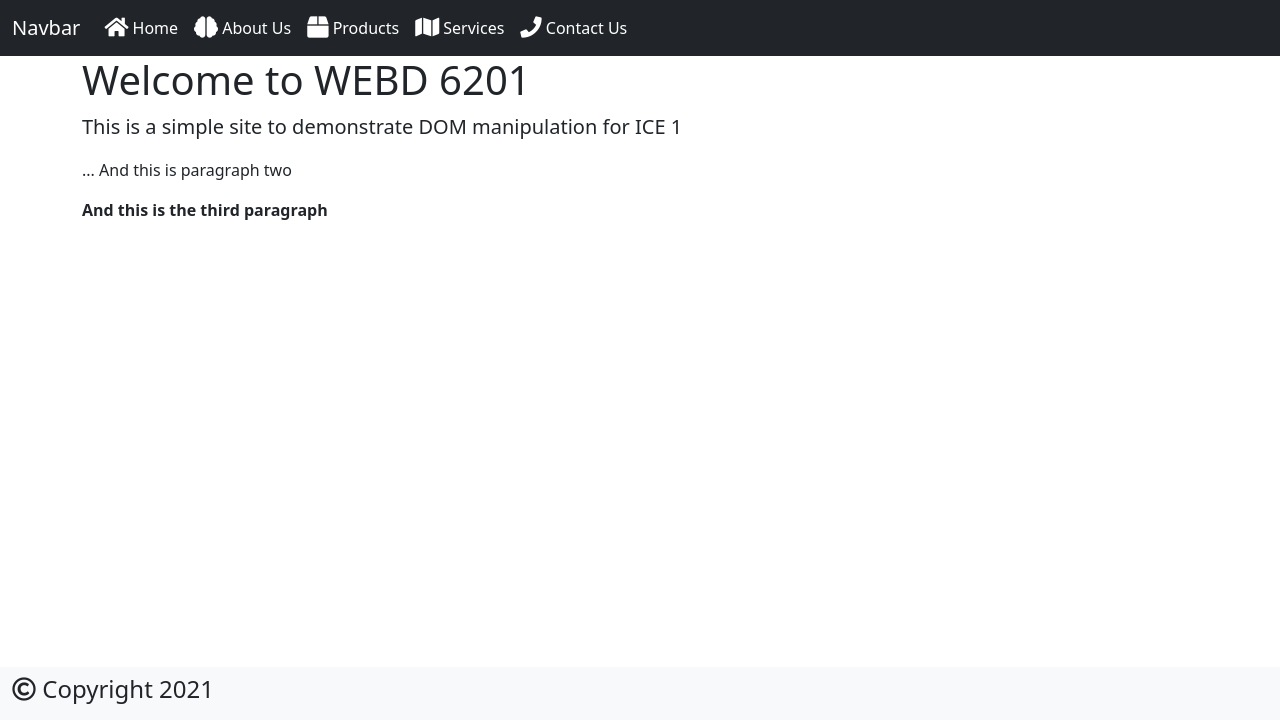
Repository: AshokSasi/WEBD6201-Week3
Page: index.html
These files come from the project's save history. The page is drawn as it stood at one moment and after the next save; the edit follows.
The browser window is 1280 px wide. The pictures show the whole page.

Above is the page before, as saved 2021-01-21 09:28:20.

### index.html
<!DOCTYPE html>
<html lang="en">
<head>
    <meta charset="UTF-8">
    <meta name="viewport" content="width=device-width, initial-scale=1.0">
    <title>WEBD6201 - W2021 - ICE 1</title>
    <!-- CSS Section-->
    <link rel="stylesheet" href="./Content/app.css">
    <link rel="stylesheet" href="./node_modules/bootstrap/dist/css/bootstrap.min.css">
    <link rel="stylesheet" href="./node_modules/@fortawesome/fontawesome-free/css/all.min.css">
</head>
<body>
    <header>
        <nav class="navbar navbar-expand-lg navbar-dark bg-dark">
            <div class="container-fluid">
              <a class="navbar-brand" href="#">Navbar</a>
              <button class="navbar-toggler" type="button" data-bs-toggle="collapse" data-bs-target="#navbarSupportedContent" aria-controls="navbarSupportedContent" aria-expanded="false" aria-label="Toggle navigation">
                <span class="navbar-toggler-icon"></span>
              </button>
              <div class="collapse navbar-collapse" id="navbarSupportedContent">
                <ul class="navbar-nav me-auto mb-2 mb-lg-0">
                  <li class="nav-item">
                    <a class="nav-link active" aria-current="page" href="#"><i class="fas fa-home fa-lg"></i> Home</a>
                  </li>
                  <li class="nav-item">
                    <a class="nav-link active" aria-current="page" href="#"><i class="fas fa-brain fa-lg"></i> About Us</a>
                  </li>
                  <li class="nav-item">
                    <a class="nav-link active" aria-current="page" href="#"><i class="fas fa-box fa-lg"></i> Products</a>
                  </li>
                  <li class="nav-item">
                    <a class="nav-link active" aria-current="page" href="#"><i class="fas fa-map fa-lg"></i> Services</a>
                  </li>
                  <li class="nav-item">
                    <a class="nav-link active" aria-current="page" href="#"><i class="fas fa-phone fa-lg"></i> Contact Us</a>
                  </li>
                </ul>

              </div>
            </div>
          </nav>
    </header>

    <main class="container">
        <h1>Welcome to WEBD 6201</h1>

        <p id="paragraphOne"></p>
    </main>

    <!--Footer Nav -->
    <footer>
        <nav class="navbar fixed-bottom navbar-light bg-light">
            <div class="container-fluid">
              <h4><i class="far fa-copyright"></i> Copyright 2021</h4>
            </div>
          </nav>
    </footer>

    <!--Javascript section-->
    <script src="./Scripts/app.js"></script>
    <script src="./node_modules/jquery/dist/jquery.min.js"></script>
    <script src="./node_modules/bootstrap/dist/js/bootstrap.bundle.min.js"></script>
</body>
</html>

### Scripts/app.js

//IIFE Immediately Function Expression
//AKA - Anonymous Self- Executing Function
//Closure - Limits scop leak

"use strict";

(function()
{
    function Start()
    {
        console.log("App started ...");
        let paragraphOneText = "This is a simple site to demonstrate DOM manipulation for ICE 1";

        let paragraphOneElement = document.getElementById("paragraphOne");

        paragraphOneElement.textContent= paragraphOneText;
        paragraphOneElement.className="fs-5";

        // Step 1: document.createElement
        let newParagraph  = document.createElement("p");
        // Step 2: Configure the element
        newParagraph.setAttribute("id","paragraphTwo");
        newParagraph.textContent = "... And this is paragraph two";
        // Step 3: Select the parent element
        let mainContent = document.getElementsByTagName("main")[0];
        // Step4: Add/Insert the element
        mainContent.appendChild(newParagraph);

        newParagraph.className = "fs-6";

        //another way of injecting content
       let paragraphDiv = document.createElement("div");
       let paragraphThree= `<p id="paragraphThree" class="fs-7 fw-bold">And this is the third paragraph</p>`;
        paragraphDiv.innerHTML = paragraphThree;

        //example of inserting before a node.
      //  newParagraph.before(paragraphDiv)

      //example of inserting after a node.
      newParagraph.after(paragraphDiv);

    }
    window.addEventListener("load", Start);
})();

Loaded but not shown: node_modules/bootstrap/dist/css/bootstrap.min.css (library); node_modules/@fortawesome/fontawesome-free/css/all.min.css (library); node_modules/jquery/dist/jquery.min.js (library); node_modules/bootstrap/dist/js/bootstrap.bundle.min.js (library); Content/app.css (no stored copy; drawn as an empty file)

After the next save:
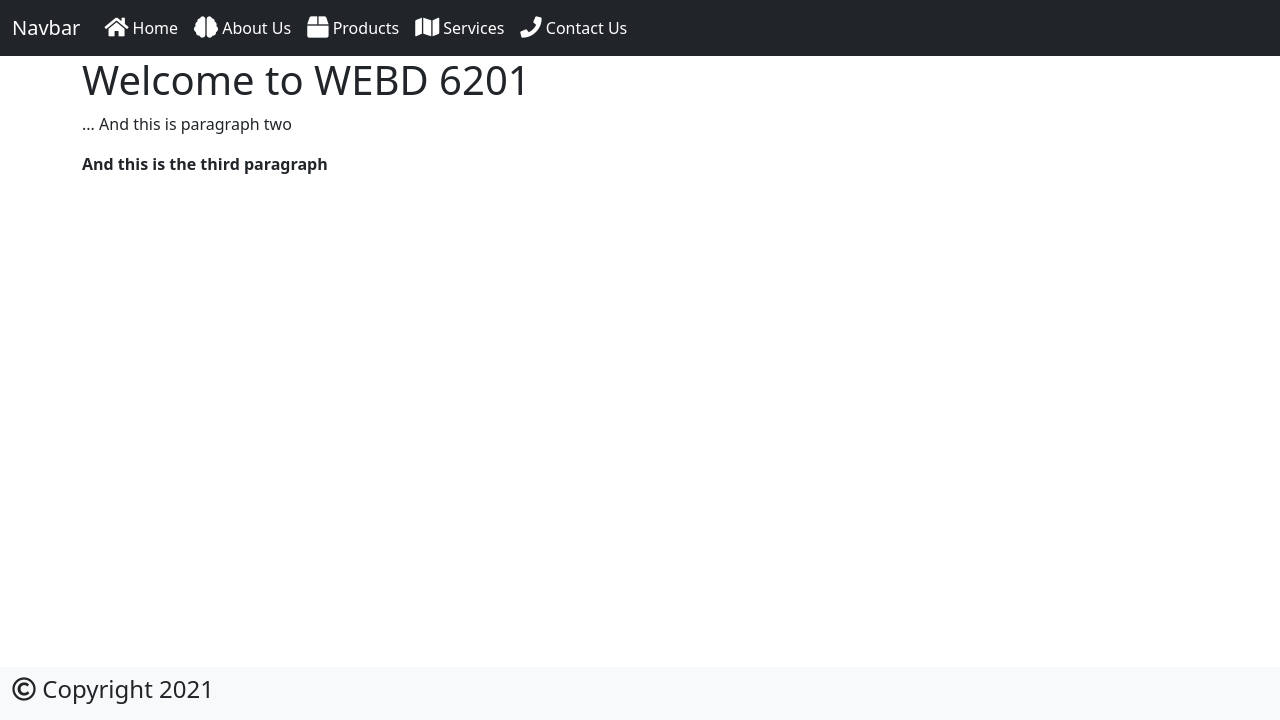
Saved 2 min 34 s later.
--- a/Scripts/app.js
+++ b/Scripts/app.js
@@ -40,6 +40,9 @@
       //example of inserting after a node.
       newParagraph.after(paragraphDiv);
 
+      //delete elements
+      paragraphOneElement.remove();
+
     }
     window.addEventListener("load", Start);
 })();
